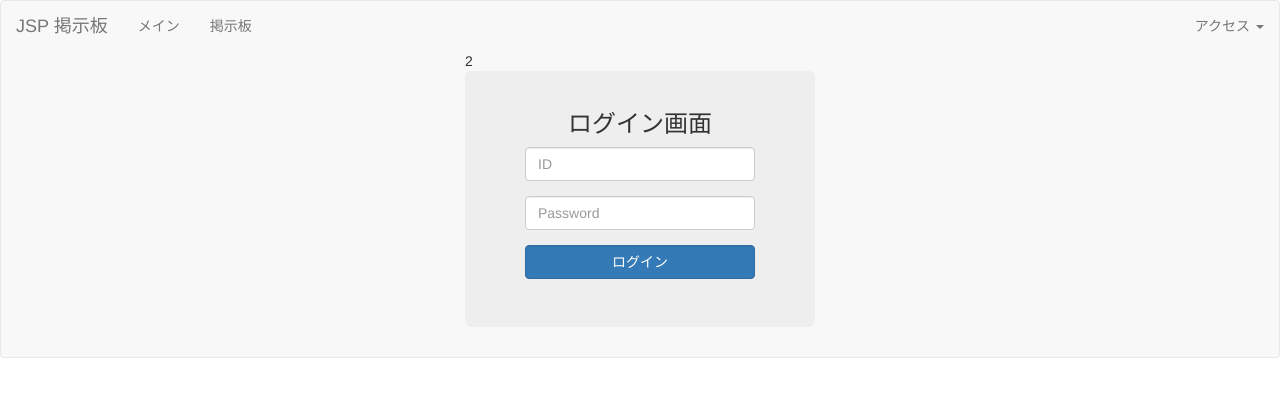
Repository: dengpu/JSP
Page: http://localhost/BBS/login.jsp
These files come from the project's save history. The page is drawn as it stood at one moment and after the next save; the edit follows.
The browser window is 1280 px wide. The pictures show the whole page.
Some web libraries are served in a nearby version. The page is served by Tomcat 9. Other server files are loaded and not shown.

Above is the page before, as saved 2017-05-15 02:23:01.

### BBS/WebContent/login.jsp
<%@ page language="java" contentType="text/html; charset=UTF-8"
	pageEncoding="UTF-8"%>
<!DOCTYPE html>
<html>
<head>
<meta http-equiv="Content-Type" content="text/html; charset=UTF-8">
<meta name="viewport" content="width=device-width, initial-scale=1">
<link rel="stylesheet" href="css/bootstrap.css">
<title>JSP 掲示板</title>
</head>
<body>
	<nav class="navbar navbar-default">
		<div class="navbar-header">
			<button type=button class="navbar-toggle collapsed"
				data-toggle="collapse" data-target="#bs-example-navbar-collapse-1"
				aria-expanded="false">
				<span class="icon-bar"></span> <span class="icon-bar"></span> <span
					class="icon-bar"></span>

			</button>
			<a class="navbar-brand" href="main.jsp">JSP 掲示板</a>
		</div>
		<div class="collapse navbar-collapse"
			id="bs-example-navbar-collapse-1">
			<ul class="nav navbar-nav ">
				<li><a href="main.jsp">メイン</a></li>
				<li><a href="bbs.jsp">掲示板</a></li>
			</ul>

			<ul class="nav navbar-nav navbar-right">
				<li class="dropdown"><a href="#" class="dropdown-toggle"
					data-toggle="dropdown" role="button" aria-haspopup="true"
					aria-expanded="false">アクセス <span class="caret"></span>

				</a>
					<ul class="dropdown-menu">
						<li ><a href="login.jsp">ログイン</a></li>
						<li ><a href="login.jsp">会員登録</a></li>

					</ul></li>
			</ul>
		</div>
		<div class="container">
			<div class="col-lg-4"></div>
			<div class="col-lg-4">
			2
			<div class="jumbotron" style="padding-top:20px;">
			<form method="post" action="loginAction.jsp">
			<h3 style="text-align:center">ログイン画面</h3>
			<div class="form-group">
				<input type="text" class="form-control" placeholder="ID" name="userID" maxlength="20">
				</div>
				<div class="form-group">
				<input type="password" class="form-control" placeholder="Password" name="userPassword" maxlength="20">
				</div>
				<input type="submit" class="btn btn-primary form-control" value="ログイン">

			</form>

			</div>
			</div>


		</div>


	</nav>

	<script src="https://code.jquery.com/jquery-3.1.1.min.js"></script>
	<script src="js/bootstrap.js"></script>

</body>
</html>

Loaded but not shown: BBS/WebContent/css/bootstrap.css (library); BBS/WebContent/js/bootstrap.js (library)

After the next save:
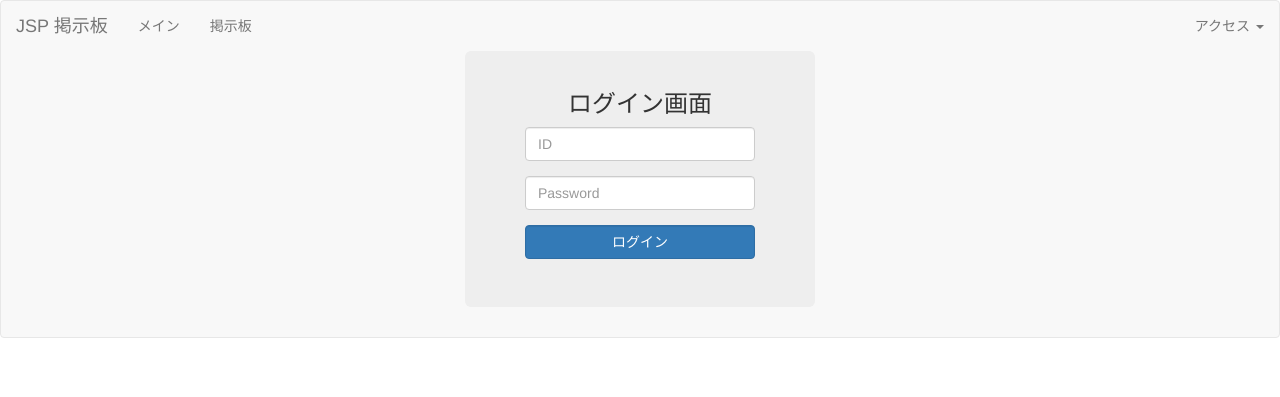
Saved 10 s later.
--- a/BBS/WebContent/login.jsp
+++ b/BBS/WebContent/login.jsp
@@ -43,7 +43,6 @@
 		<div class="container">
 			<div class="col-lg-4"></div>
 			<div class="col-lg-4">
-			2
 			<div class="jumbotron" style="padding-top:20px;">
 			<form method="post" action="loginAction.jsp">
 			<h3 style="text-align:center">ログイン画面</h3>
